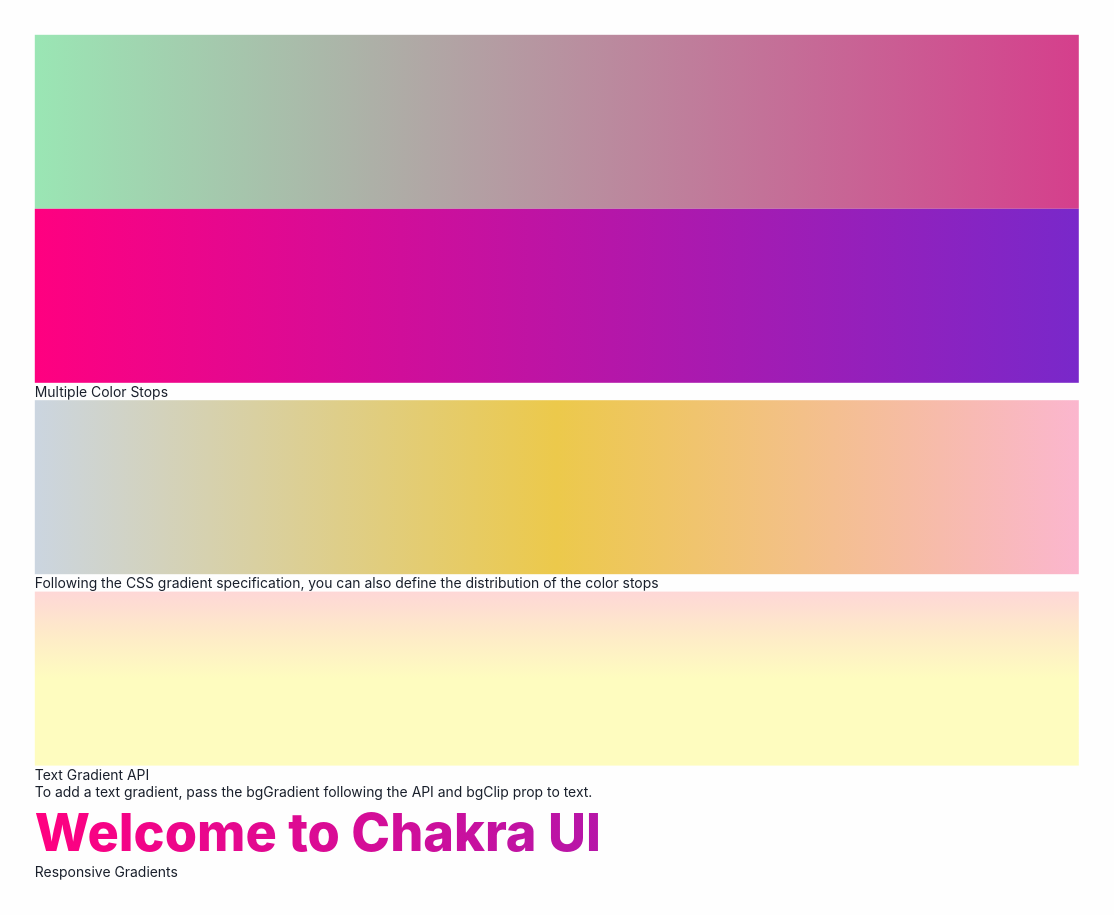
Repository: jorgelucasjs/chakra-ui-doc
Page: /
The author's editor kept a copy of each file at every save. The page is drawn from the files as they stood at one save, then again after the next save.
The browser window is 1280 px wide. The pictures show the whole page, at 87% of full size.
The project was rebuilt for these pictures with package versions that can differ from the ones it lists, and the page was loaded fresh each time.

Above is the page before, as saved 2023-01-05 11:53:15.

After the next save:
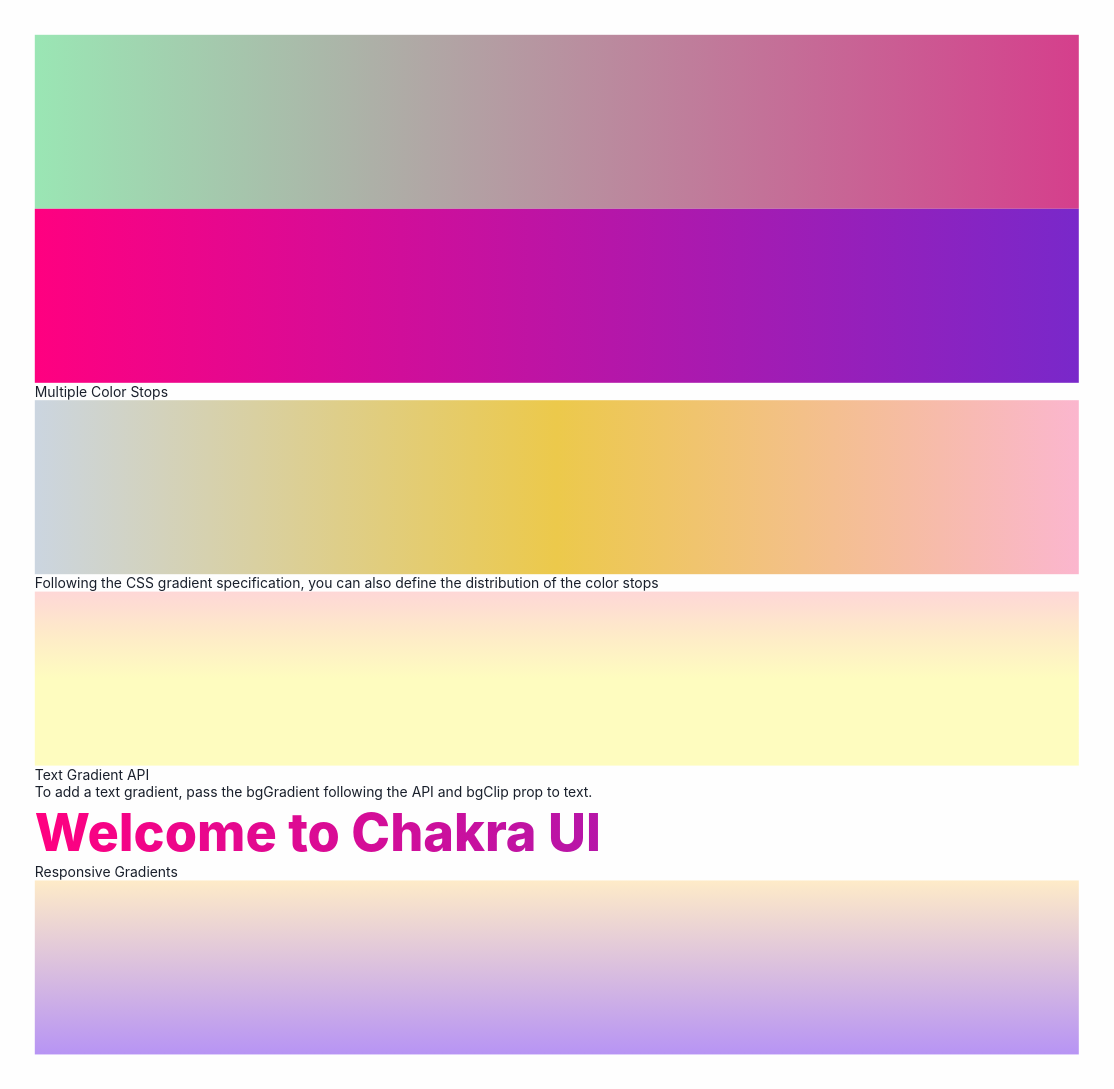
Saved 33 s later.
--- a/src/components/Gradient.tsx
+++ b/src/components/Gradient.tsx
@@ -47,6 +47,15 @@
 			</Text>
 
 			<Text>Responsive Gradients</Text>
+			<Box
+  w='100%'
+  h='200px'
+  bgGradient={[
+    'linear(to-tr, teal.300, yellow.400)',
+    'linear(to-t, blue.200, teal.500)',
+    'linear(to-b, orange.100, purple.300)',
+  ]}
+/>
 
 
 
